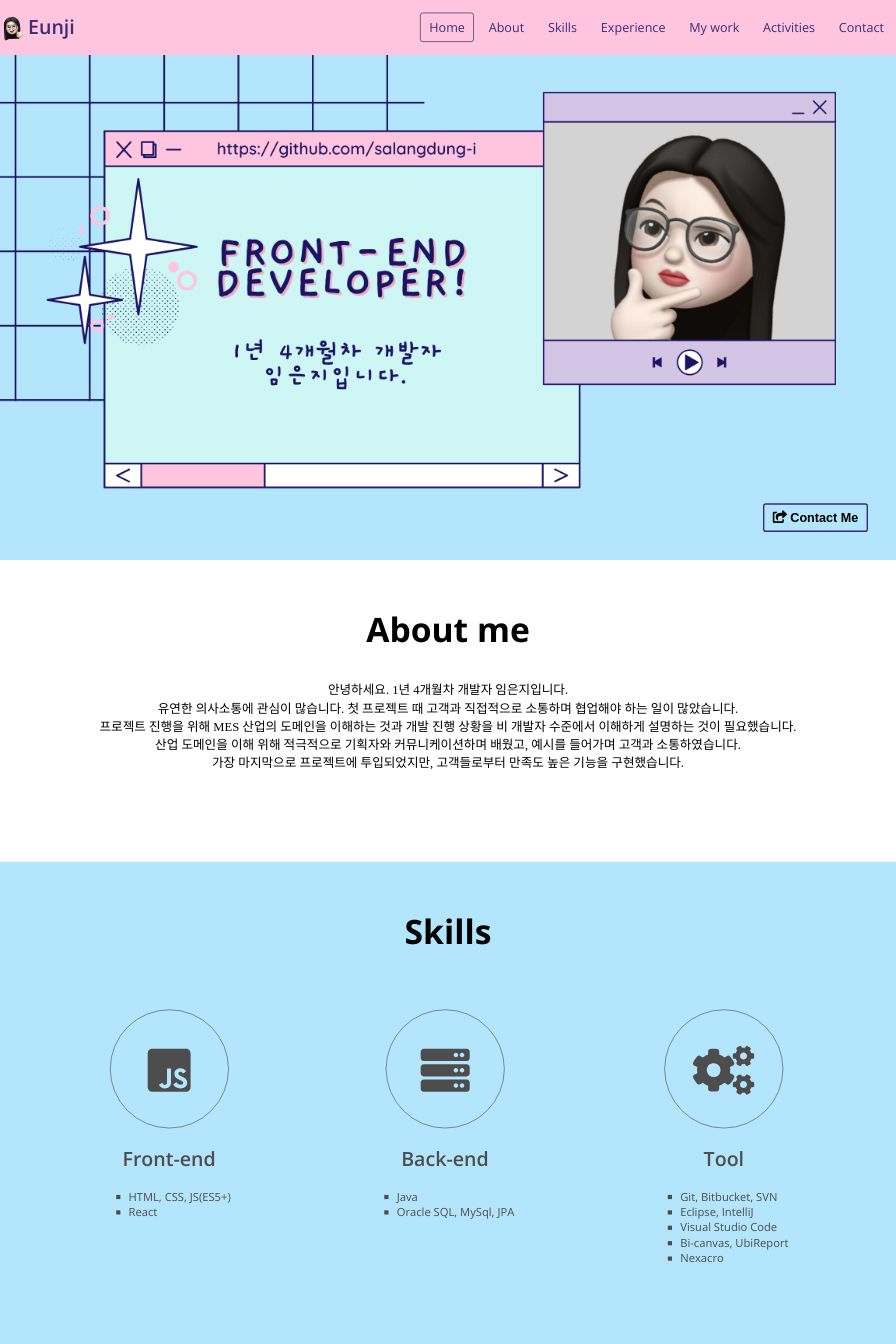
Repository: salangdung-i/portfolio
Page: index.html
These files come from the project's save history. The page is drawn as it stood at one moment and after the next save; the edit follows.
The browser window is 1280 px wide. The pictures show the part of the page from y = 0 to 1920 px (the page is 5454 px tall before and 5352 px after), at 70% of full size.
Some web fonts or font styles are not loaded; a fallback is used. Some web libraries are served in a nearby version.

Above is the page before, as saved 2021-12-27 09:03:08.

After the next save:
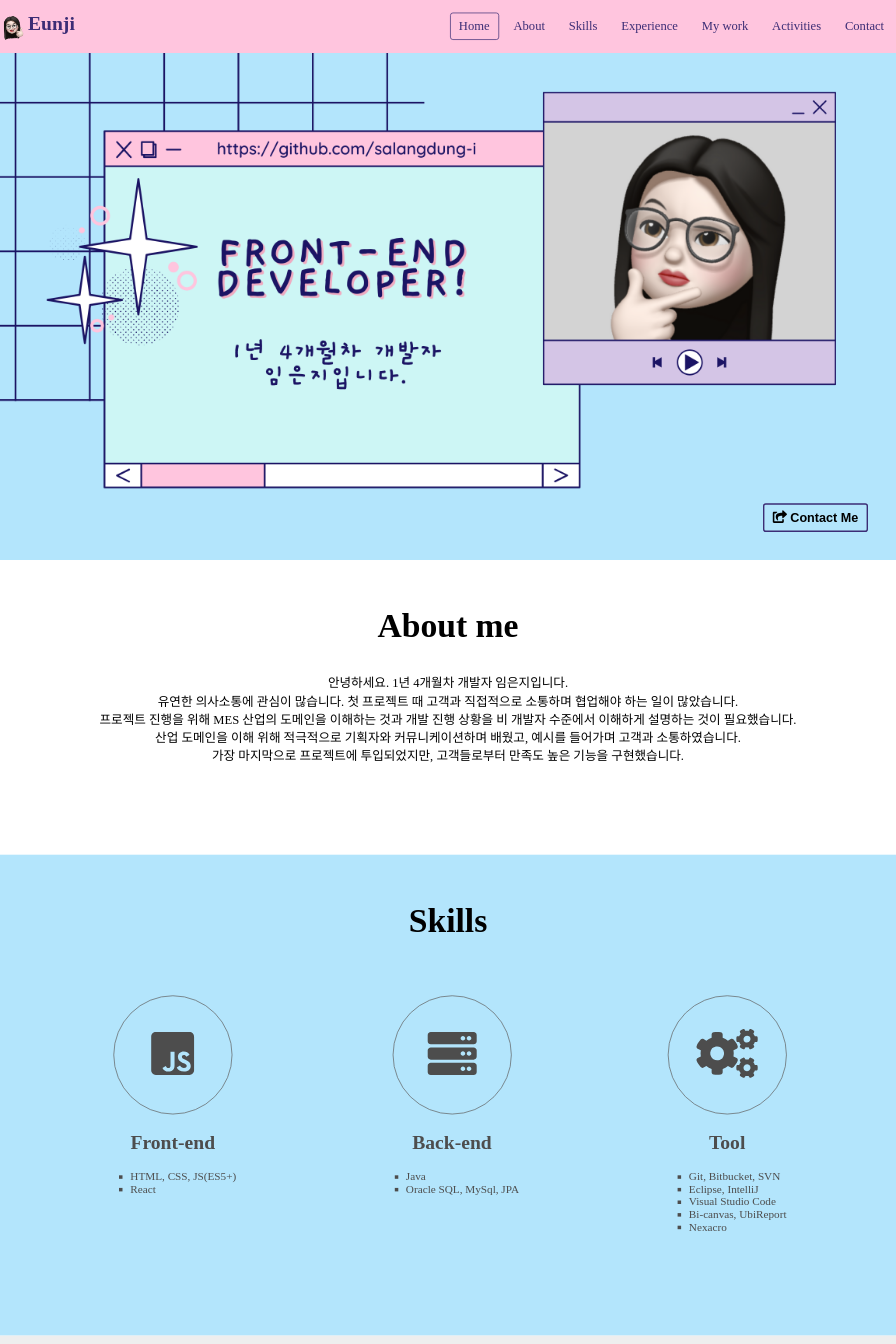
Saved 2 min 2 s later.
--- a/style.css
+++ b/style.css
@@ -52,7 +52,9 @@
 }
 
 body {
-  font-family: "Open Sans", sans-serif;
+  /* font-family: "Open Sans", sans-serif; */
+
+font-family: 'Bakbak One', cursive;
   font-size: var(--font-regular);
   margin: 0;
   cursor: default;
